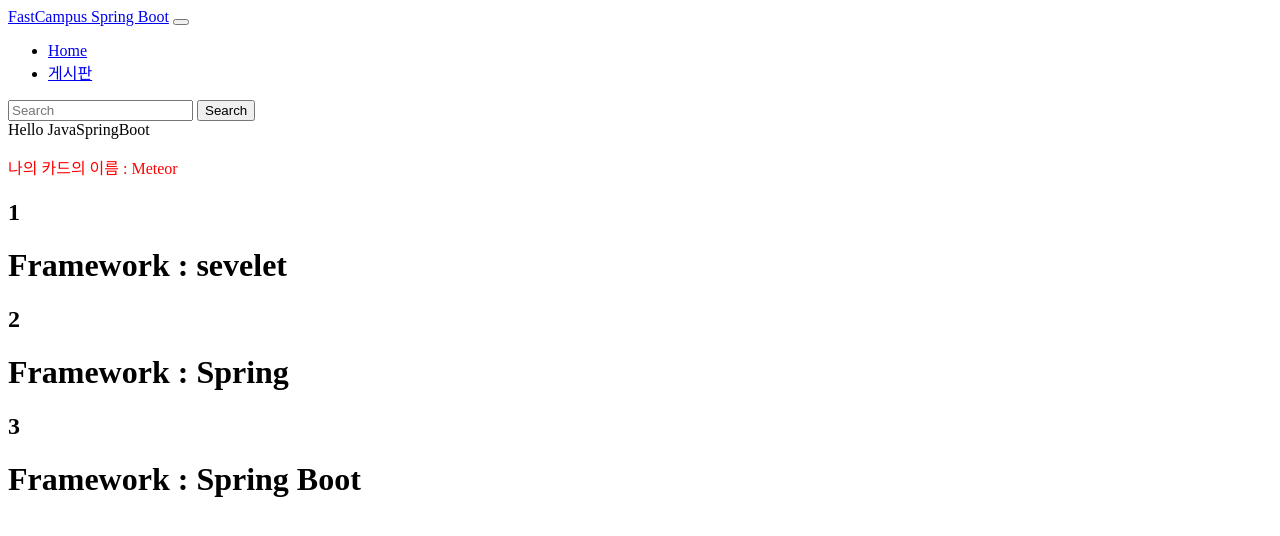
Repository: MeteorLee/Fastcampus_Spring
Page: http://localhost/java-web-01-jsp/
These files come from the project's save history. The page is drawn as it stood at one moment and after the next save; the edit follows.
The browser window is 1280 px wide. The pictures show the whole page.
The page is served by Tomcat 9.

Above is the page before, as saved 2022-12-23 12:03:57.

After the next save:
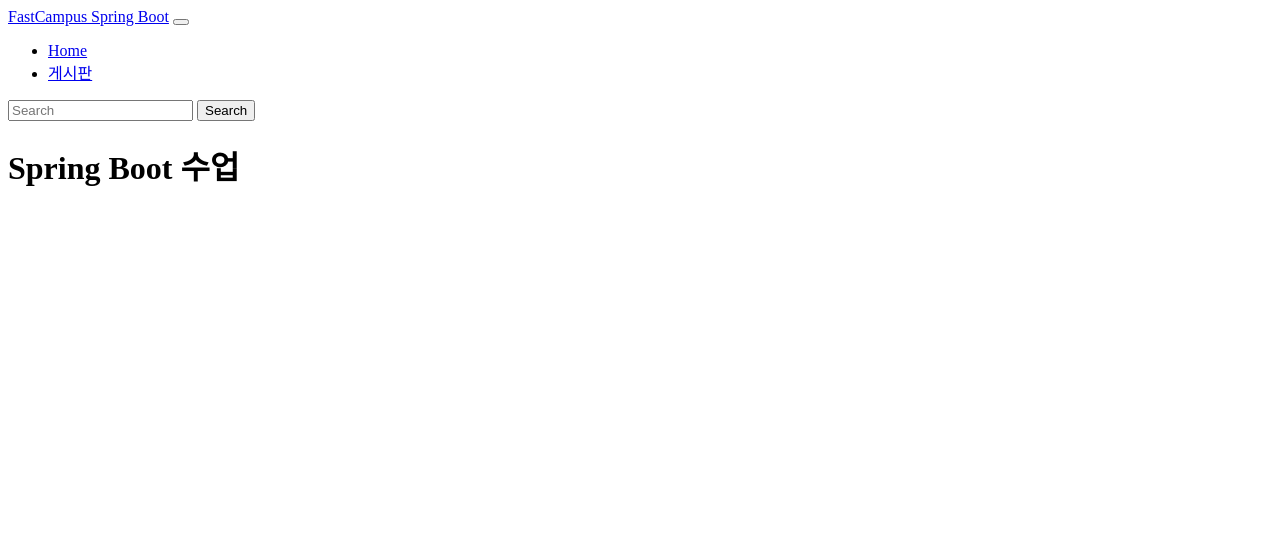
Saved 39 s later.
--- a/java-web-01-jsp/WebContent/index.jsp
+++ b/java-web-01-jsp/WebContent/index.jsp
@@ -11,31 +11,7 @@
 </head>
 <body>
 	<%@ include file="/common/header.jsp" %>
-	Hello JavaSpringBoot
-
-<%
-	// 카드를 화면에 노출할지 여부
-	boolean cardDisplay = true;
-
-	if(cardDisplay) {
-
-%>
-	<p style="color:red">나의 카드의 이름 : Meteor</p>
-<%
-
-	}
-
-	List<String> names = Arrays.asList("sevelet", "Spring", "Spring Boot");
-	int count = 0;
-	// names의 배열을 반복한다.
-	for (String name : names) {
-		count++;
-		out.println("<h2>" + count + "</h2>");
-%>
-		<h1>Framework : <%=name%></h1>
-<%
-	}
-%>
+	<h1>Spring Boot 수업</h1>
 
 </body>
 </html>
